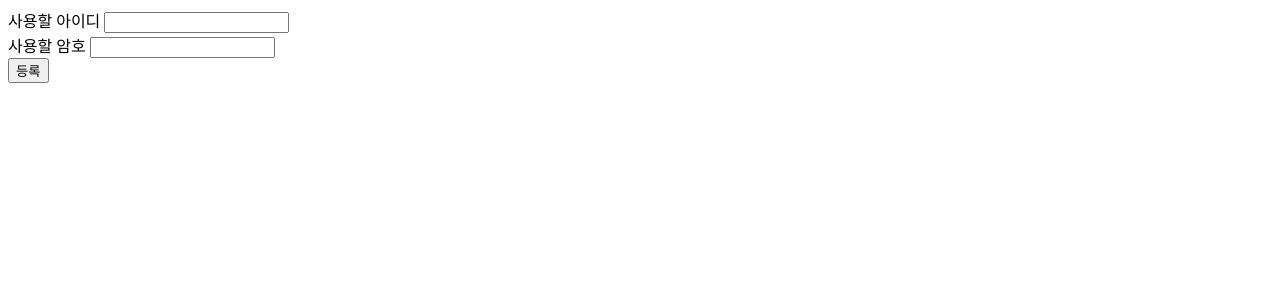
Repository: ybshim90/sesac1
Page: day_20211217_01_web/src/main/webapp/regist.html
These files come from the project's save history. The page is drawn as it stood at one moment and after the next save; the edit follows.
The browser window is 1280 px wide. The pictures show the whole page.

Above is the page before, as saved 2021-12-17 03:39:15.

### day_20211217_01_web/src/main/webapp/regist.html
<!DOCTYPE html>
<html>
	<head>
		<meta charset="UTF-8">
		<title>Insert title here</title>
	</head>
	<body>
		<form action="jsp/form1.jsp" method="post">
			사용할 아이디
			<input type="text" name="memid"><br>

			사용할 암호
			<input type="password" name="mempw"><br>

			<input type="submit" value="등록">

		</form>
	</body>
</html>

After the next save:
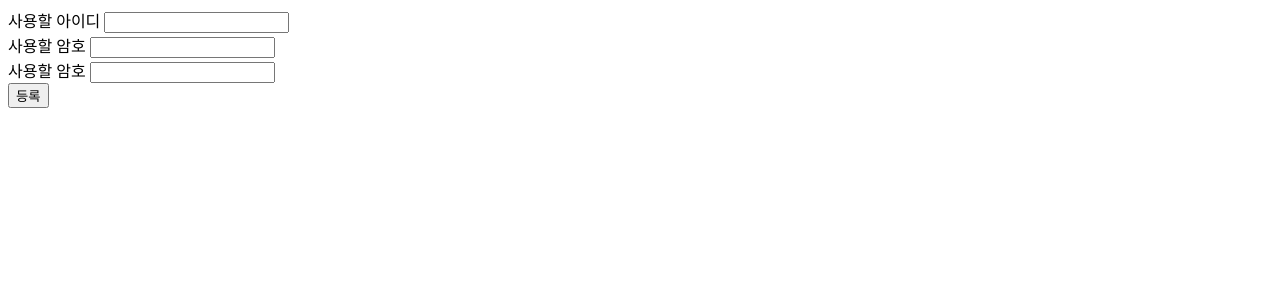
Saved 84 min 37 s later.
--- a/day_20211217_01_web/src/main/webapp/regist.html
+++ b/day_20211217_01_web/src/main/webapp/regist.html
@@ -11,6 +11,8 @@
 
 			사용할 암호
 			<input type="password" name="mempw"><br>
+			사용할 암호
+			<input type="text" name="memname"><br>
 
 			<input type="submit" value="등록">
 
